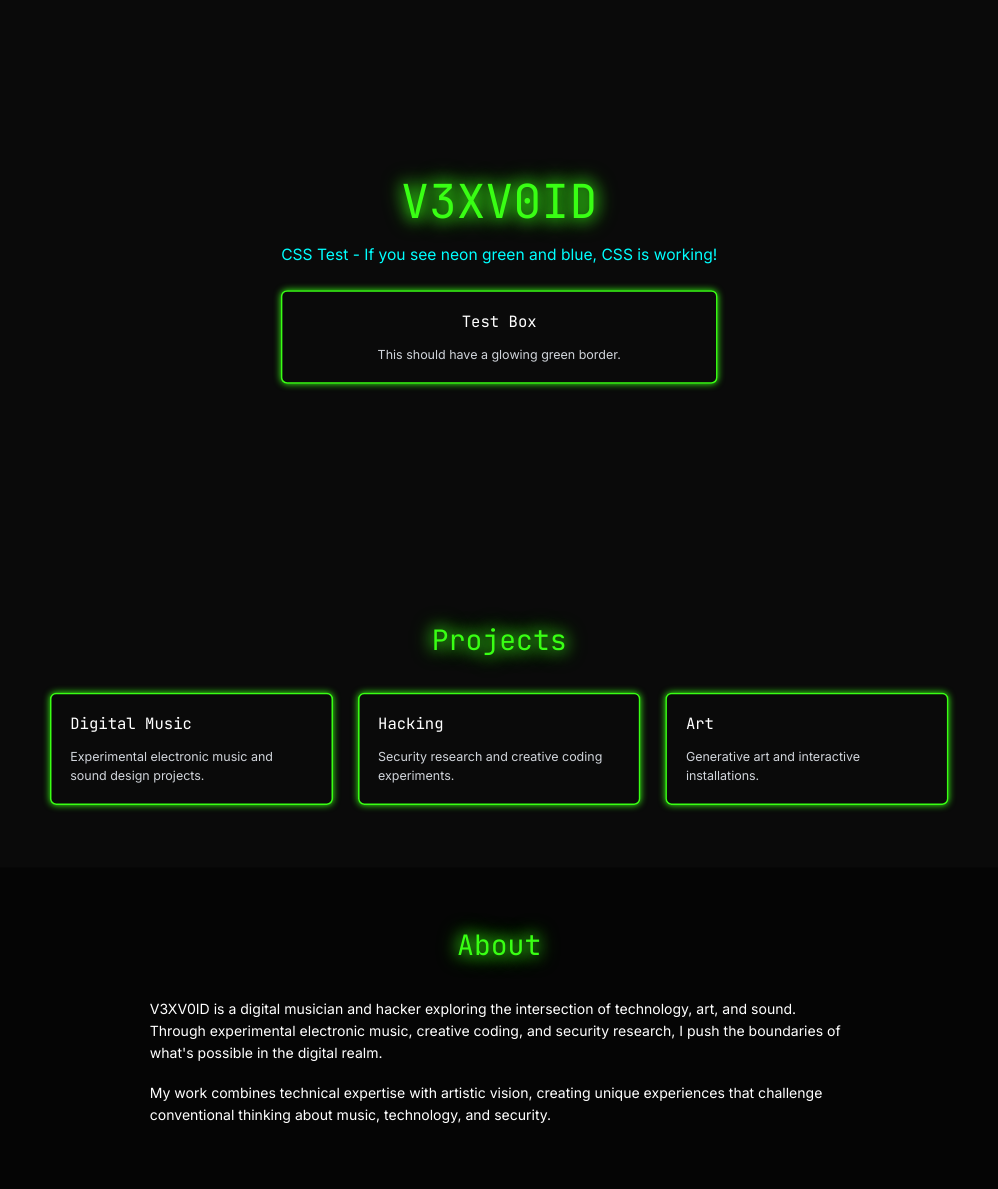
Repository: b0ase/vexvoid.com-website
Page: /
An editor plug-in stored every save of this project. The page is shown before and after the next save, followed by the edit.
The browser window is 1280 px wide. The pictures show the whole page, at 78% of full size.
The project was rebuilt for these pictures with package versions that can differ from the ones it lists, and the page was loaded fresh each time. The framework's server and built-in components were replaced by stand-ins that run in the browser. Also part of the build but not shown: next.config.js.

Above is the page before, as saved 2025-06-15 22:42:45.

After the next save:
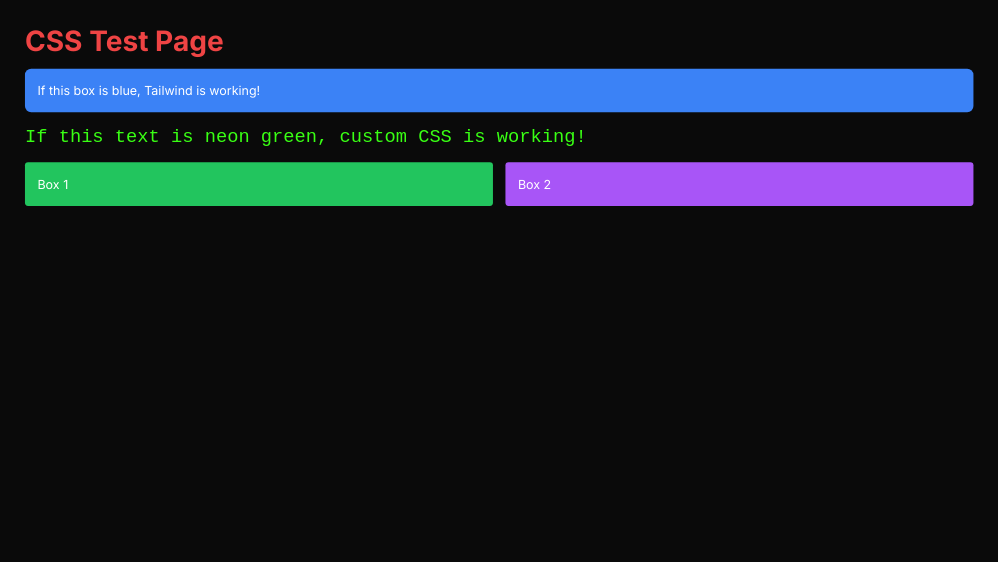
Saved 11 s later.
--- a/src/app/page.tsx
+++ b/src/app/page.tsx
@@ -3,66 +3,20 @@
 
 export default function Home() {
   return (
-    <main className="min-h-screen">
-      {/* CSS Test Section */}
-      <section className="h-screen flex items-center justify-center bg-dark-bg">
-        <div className="text-center">
-          <h1 className="text-6xl font-mono mb-6 neon-text">
-            V3XV0ID
-          </h1>
-          <p className="text-xl text-neon-blue mb-8">
-            CSS Test - If you see neon green and blue, CSS is working!
-          </p>
-          <div className="p-6 neon-border rounded-lg">
-            <h3 className="text-xl font-mono mb-4">Test Box</h3>
-            <p className="text-gray-300">This should have a glowing green border.</p>
-          </div>
-        </div>
-      </section>
-
-      {/* Original content temporarily commented out */}
-      {/* <Hero />
-      <ConceptArtGallery /> */}
-
-      {/* Projects Section */}
-      <section id="projects" className="py-20 px-4">
-        <div className="max-w-6xl mx-auto">
-          <h2 className="text-4xl font-mono mb-12 text-center neon-text">Projects</h2>
-          <div className="grid grid-cols-1 md:grid-cols-2 lg:grid-cols-3 gap-8">
-            {/* Project cards will go here */}
-            <div className="p-6 neon-border rounded-lg">
-              <h3 className="text-xl font-mono mb-4">Digital Music</h3>
-              <p className="text-gray-300">Experimental electronic music and sound design projects.</p>
-            </div>
-            <div className="p-6 neon-border rounded-lg">
-              <h3 className="text-xl font-mono mb-4">Hacking</h3>
-              <p className="text-gray-300">Security research and creative coding experiments.</p>
-            </div>
-            <div className="p-6 neon-border rounded-lg">
-              <h3 className="text-xl font-mono mb-4">Art</h3>
-              <p className="text-gray-300">Generative art and interactive installations.</p>
-            </div>
-          </div>
-        </div>
-      </section>
-
-      {/* About Section */}
-      <section id="about" className="py-20 px-4 bg-darker-bg">
-        <div className="max-w-4xl mx-auto">
-          <h2 className="text-4xl font-mono mb-12 text-center neon-text">About</h2>
-          <div className="prose prose-invert max-w-none">
-            <p className="text-lg mb-6">
-              V3XV0ID is a digital musician and hacker exploring the intersection of technology, art, and sound.
-              Through experimental electronic music, creative coding, and security research, I push the boundaries
-              of what's possible in the digital realm.
-            </p>
-            <p className="text-lg">
-              My work combines technical expertise with artistic vision, creating unique experiences
-              that challenge conventional thinking about music, technology, and security.
-            </p>
-          </div>
-        </div>
-      </section>
+    <main className="min-h-screen p-8">
+      <h1 className="text-4xl font-bold text-red-500 mb-4">
+        CSS Test Page
+      </h1>
+      <div className="bg-blue-500 p-4 rounded-lg mb-4">
+        <p className="text-white">If this box is blue, Tailwind is working!</p>
+      </div>
+      <div className="test-neon text-2xl mb-4">
+        If this text is neon green, custom CSS is working!
+      </div>
+      <div className="grid grid-cols-2 gap-4">
+        <div className="bg-green-500 p-4 text-white rounded">Box 1</div>
+        <div className="bg-purple-500 p-4 text-white rounded">Box 2</div>
+      </div>
     </main>
   )
 }
